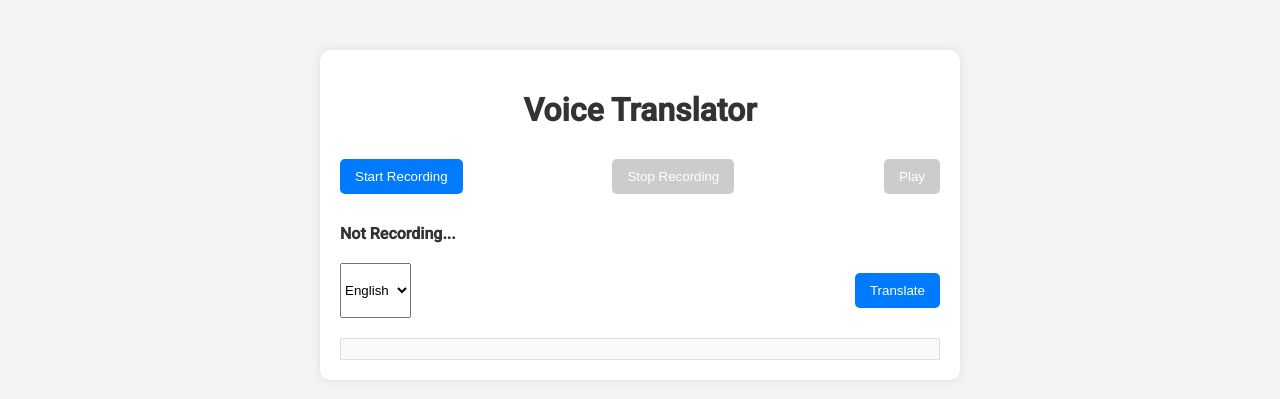
Repository: Tobby004/voice-and-text-translator
Page: index.html
These files come from the project's save history. The page is drawn as it stood at one moment and after the next save; the edit follows.
The browser window is 1280 px wide. The pictures show the whole page.
The page's requests for data from a server got no answer.

Above is the page before, as saved 2023-08-29 17:33:10.

### index.html
<!DOCTYPE html>
<html lang="en">
<head>
    <meta charset="UTF-8">
    <meta http-equiv="X-UA-Compatible" content="IE=edge">
    <meta name="viewport" content="width=device-width, initial-scale=1.0">
    <title>Voice Translator</title>
    <link rel="stylesheet" href="style.css">
    <link href="https://fonts.googleapis.com/css2?family=Roboto:wght@400;500&display=swap" rel="stylesheet">
</head>
<body>
    <div class="container">
        <h1>Voice Translator</h1>
        <div class="controls">
            <button id="startRecord">Start Recording</button>
            <button id="stopRecord" disabled>Stop Recording</button>
            <button id="playAudio" disabled>Play</button>
            <a id="downloadAudio" href="#" download="recording.wav" style="display: none;">Download Recording</a>
        </div>
        <div id="recordingStatus">Not Recording...</div>
        <audio id="audioPlayer" controls style="display:none;"></audio>

        <div class="translation-controls">
            <select id="languageSelect"></select>
            <button id="translate">Translate</button>
        </div>
        <div id="translatedText"></div>
    </div>
    <script src="app.js"></script>
    <script src="translator.js"></script>
</body>
</html>

### style.css
body {
    font-family: 'Roboto', sans-serif;
    background-color: #f4f4f4;
    color: #333;
}

.container {
    max-width: 600px;
    margin: 50px auto;
    background-color: #fff;
    padding: 20px;
    box-shadow: 0px 0px 10px rgba(0, 0, 0, 0.1);
    border-radius: 10px;
}

h1 {
    text-align: center;
    margin-bottom: 20px;
}

.controls {
    display: flex;
    justify-content: space-between;
    flex-wrap: wrap;
}

button {
    margin: 10px 0;
    padding: 10px 15px;
    font-weight: 500;
    border: none;
    border-radius: 5px;
    cursor: pointer;
    background-color: #007BFF;
    color: #fff;
    transition: background-color 0.3s ease;
}

button:hover {
    background-color: #0056b3;
}

button:disabled {
    background-color: #ccc;
    cursor: not-allowed;
}

#recordingStatus {
    margin-top: 20px;
    font-weight: bold;
}

#audioPlayer {
    width: 100%;
    margin-top: 20px;
}

.translation-controls {
    margin-top: 20px;
    display: flex;
    justify-content: space-between;
}

#translatedText {
    margin-top: 20px;
    padding: 10px;
    border: 1px solid #e0e0e0;
    background-color: #f9f9f9;
}

### app.js
let mediaRecorder;
let audioChunks = [];
let audioBlob;
let audioUrl;
let audio = new Audio();
let recordingInterval;

document.getElementById("startRecord").addEventListener("click", startRecording);
document.getElementById("stopRecord").addEventListener("click", stopRecording);
document.getElementById("playAudio").addEventListener("click", playLastRecording);
document.getElementById("translate").addEventListener("click", translateRecording);

async function startRecording() {
    let stream = await navigator.mediaDevices.getUserMedia({ audio: true });
    mediaRecorder = new MediaRecorder(stream);
    mediaRecorder.ondataavailable = event => {
        audioChunks.push(event.data);
    };
    mediaRecorder.onstop = () => {
        audioBlob = new Blob(audioChunks, { type: 'audio/wav' });
        audioUrl = URL.createObjectURL(audioBlob);
        audio.src = audioUrl;
        const audioPlayer = document.getElementById("audioPlayer");
        audioPlayer.src = audioUrl;
        audioPlayer.style.display = "block";
    };
    audioChunks = [];
    mediaRecorder.start();
    document.getElementById("startRecord").disabled = true;
    document.getElementById("stopRecord").disabled = false;

    let recordingDuration = 0;
    document.getElementById("recordingStatus").textContent = "Recording: 00:00";
    recordingInterval = setInterval(() => {
        recordingDuration += 1;
        let minutes = Math.floor(recordingDuration / 60);
        let seconds = recordingDuration % 60;
        document.getElementById("recordingStatus").textContent = `Recording: ${String(minutes).padStart(2, '0')}:${String(seconds).padStart(2, '0')}`;
    }, 1000);
}

function stopRecording() {
    mediaRecorder.stop();
    document.getElementById("startRecord").disabled = false;
    document.getElementById("stopRecord").disabled = true;
    document.getElementById("playAudio").disabled = false;

    clearInterval(recordingInterval);
    document.getElementById("recordingStatus").textContent = "Recording Stopped";
}

function playLastRecording() {
    const audioPlayer = document.getElementById("audioPlayer");
    audioPlayer.currentTime = 0;
    audioPlayer.play();
}

function translateRecording() {
    if(!audioBlob) {
        alert("Please record something first!");
        return;
    }
    // Placeholder for sending the audioBlob to a voice-to-text service
    let transcribedText = "This is a placeholder for the transcribed text.";

    // Placeholder for sending the transcribedText to a translation API
    let translatedText = "This is a placeholder for the translated text.";

    document.getElementById("translatedText").innerText = translatedText;
}

// Placeholder for fetching the list of languages from an API
let languages = ["English", "Spanish", "French"]; // example languages
let languageSelect = document.getElementById("languageSelect");
languages.forEach(lang => {
    let option = document.createElement("option");
    option.value = lang;
    option.innerText = lang;
    languageSelect.appendChild(option);
});

### translator.js
// translator.js

const API_KEY = 'YOUR_GOOGLE_CLOUD_API_KEY';

// Fetching the list of supported languages
async function fetchSupportedLanguages() {
    const response = await fetch(`https://translation.googleapis.com/language/translate/v2/languages?key=${API_KEY}`);
    const data = await response.json();
    const languages = data.data.languages.map(lang => lang.language);
    populateLanguagesDropdown(languages);  // Function to populate the dropdown with fetched languages
    return languages;
}

// Translating text
async function translateText(sourceLang, targetLang, text) {
    const response = await fetch(`https://translation.googleapis.com/language/translate/v2?key=${API_KEY}&source=${sourceLang}&target=${targetLang}&q=${text}`);
    const data = await response.json();
    displayTranslatedText(data.data.translations[0].translatedText);  // Function to display the translated text to the user
}

// Function to populate the language dropdown with the list of supported languages
function populateLanguagesDropdown(languages) {
    const dropdown = document.getElementById('languageSelect');
    languages.forEach(lang => {
        const option = document.createElement('option');
        option.value = lang;
        option.innerText = lang;
        dropdown.appendChild(option);
    });
}

// Function to display the translated text to the user
function displayTranslatedText(translatedText) {
    const outputDiv = document.getElementById('translatedText');
    outputDiv.innerText = translatedText;
}

// Initial call to populate the dropdown when the page loads
document.addEventListener('DOMContentLoaded', fetchSupportedLanguages);

After the next save:
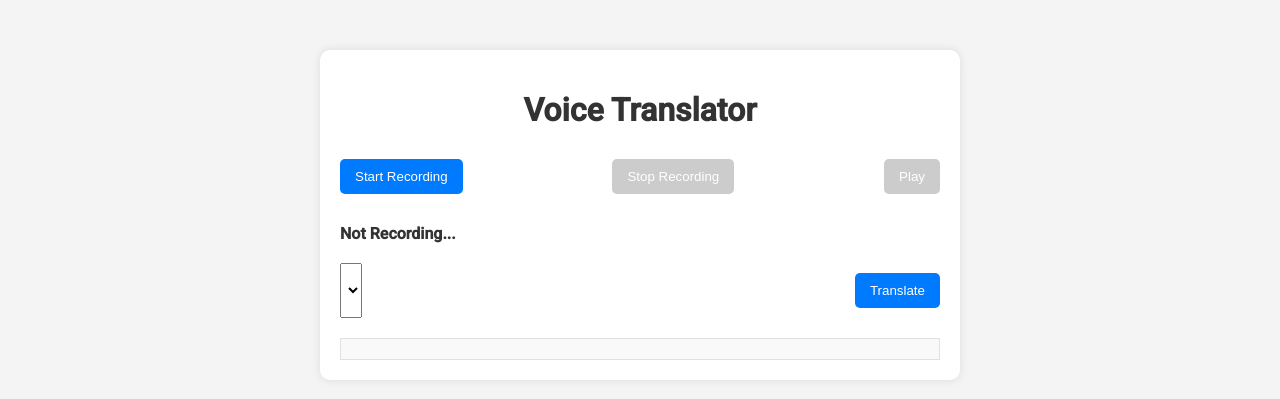
Saved 26 min 0 s later.
--- a/app.js
+++ b/app.js
@@ -20,9 +20,14 @@ async function startRecording() {
         audioBlob = new Blob(audioChunks, { type: 'audio/wav' });
         audioUrl = URL.createObjectURL(audioBlob);
         audio.src = audioUrl;
+
         const audioPlayer = document.getElementById("audioPlayer");
         audioPlayer.src = audioUrl;
         audioPlayer.style.display = "block";
+
+        const downloadLink = document.getElementById("downloadAudio");
+        downloadLink.href = audioUrl;
+        downloadLink.style.display = "block";
     };
     audioChunks = [];
     mediaRecorder.start();
@@ -55,26 +60,16 @@ function playLastRecording() {
     audioPlayer.play();
 }
 
-function translateRecording() {
-    if(!audioBlob) {
+async function translateRecording() {
+    if (!audioBlob) {
         alert("Please record something first!");
         return;
     }
     // Placeholder for sending the audioBlob to a voice-to-text service
-    let transcribedText = "This is a placeholder for the transcribed text.";
+    let transcribedText = "This is a placeholder for the transcribed text."; // This should be replaced with actual transcribed text
 
-    // Placeholder for sending the transcribedText to a translation API
-    let translatedText = "This is a placeholder for the translated text.";
+    const sourceLang = 'en'; // Assuming the source language is English
+    const targetLang = document.getElementById("languageSelect").value;
 
-    document.getElementById("translatedText").innerText = translatedText;
+    await translateText(sourceLang, targetLang, transcribedText);
 }
-
-// Placeholder for fetching the list of languages from an API
-let languages = ["English", "Spanish", "French"]; // example languages
-let languageSelect = document.getElementById("languageSelect");
-languages.forEach(lang => {
-    let option = document.createElement("option");
-    option.value = lang;
-    option.innerText = lang;
-    languageSelect.appendChild(option);
-});
